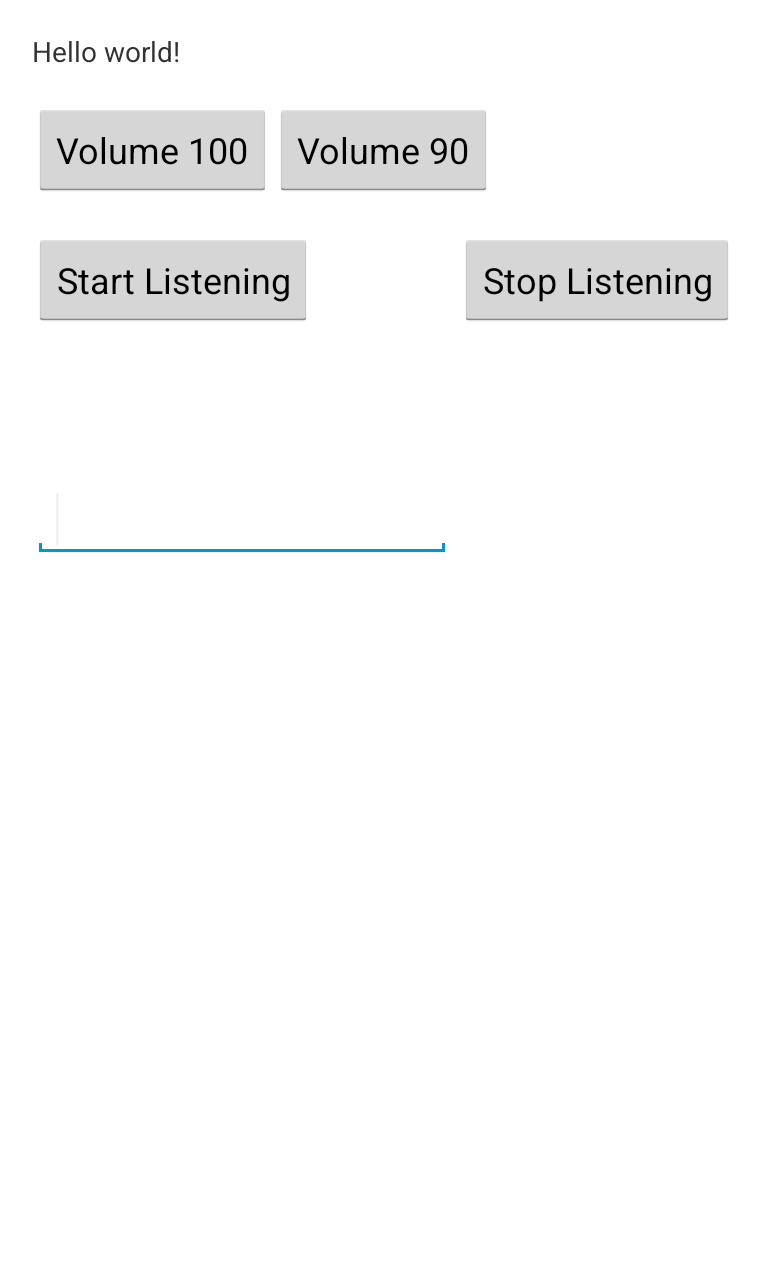
Repository: kmcgain/AutoVolume
Layout: AutoVolume/res/layout/activity_main.xml
An editor plug-in stored every save of this project. The layout is shown before and after the next save, followed by the edit.
It is drawn on a 768 x 1280 px phone screen (xhdpi) without system bars, with theme AppTheme; the app's code is not run.

Above is the layout before, as saved 2014-01-12 12:15:18.

After the next save:
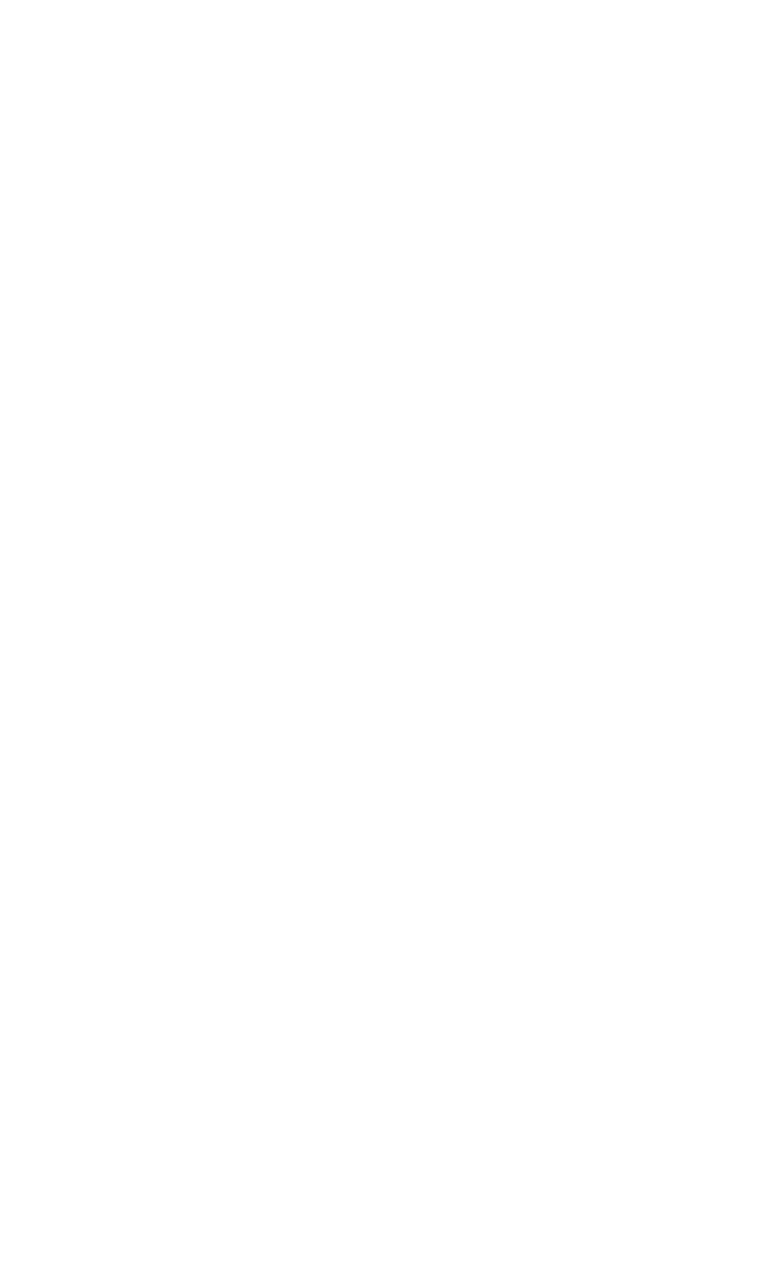
Saved 35 s later.
--- a/AutoVolume/res/layout/activity_main.xml
+++ b/AutoVolume/res/layout/activity_main.xml
@@ -8,69 +8,69 @@
     android:paddingTop="@dimen/activity_vertical_margin"
     tools:context=".MainActivity" >
 
-    <TextView
-        android:id="@+id/textView1"
-        android:layout_width="wrap_content"
-        android:layout_height="wrap_content"
-        android:text="@string/hello_world" />
+    <RelativeLayout>
+	    <TextView
+	        android:id="@+id/textView1"
+	        android:layout_width="wrap_content"
+	        android:layout_height="wrap_content"
+	        android:text="@string/hello_world" />
 
-    <Button
-        android:id="@+id/button1"
-        android:layout_width="wrap_content"
-        android:layout_height="wrap_content"
-        android:layout_alignLeft="@+id/textView1"
-        android:layout_below="@+id/textView1"
-        android:layout_marginTop="16dp"
-        android:text="Volume 100"
-        android:onClick="volume100_Click"/>
+	    <Button
+	        android:id="@+id/button1"
+	        android:layout_width="wrap_content"
+	        android:layout_height="wrap_content"
+	        android:layout_alignLeft="@+id/textView1"
+	        android:layout_below="@+id/textView1"
+	        android:layout_marginTop="16dp"
+	        android:text="Volume 100"
+	        android:onClick="volume100_Click"/>
 
-    <Button
-        android:id="@+id/button2"
-        android:layout_width="wrap_content"
-        android:layout_height="wrap_content"
-        android:layout_alignBaseline="@+id/button1"
-        android:layout_alignBottom="@+id/button1"
-        android:layout_toRightOf="@+id/button1"
-        android:text="Volume 90"
-        android:onClick="volume90_Click" />
+	    <Button
+	        android:id="@+id/button2"
+	        android:layout_width="wrap_content"
+	        android:layout_height="wrap_content"
+	        android:layout_alignBaseline="@+id/button1"
+	        android:layout_alignBottom="@+id/button1"
+	        android:layout_toRightOf="@+id/button1"
+	        android:text="Volume 90"
+	        android:onClick="volume90_Click" />
 
-    <Button
-        android:id="@+id/button3"
-        android:layout_width="wrap_content"
-        android:layout_height="wrap_content"
-        android:layout_alignLeft="@+id/button1"
-        android:layout_below="@+id/button1"
-        android:layout_marginTop="17dp"
-        android:text="Start Listening"
-        android:onClick="startListening_Click"/>
+	    <Button
+	        android:id="@+id/button3"
+	        android:layout_width="wrap_content"
+	        android:layout_height="wrap_content"
+	        android:layout_alignLeft="@+id/button1"
+	        android:layout_below="@+id/button1"
+	        android:layout_marginTop="17dp"
+	        android:text="Start Listening"
+	        android:onClick="startListening_Click"/>
 
-    <Button
-        android:id="@+id/button4"
-        android:layout_width="wrap_content"
-        android:layout_height="wrap_content"
-        android:layout_alignBaseline="@+id/button3"
-        android:layout_alignBottom="@+id/button3"
-        android:layout_alignParentRight="true"
-        android:onClick="stopListening_Click"
-        android:text="Stop Listening" />
+	    <Button
+	        android:id="@+id/button4"
+	        android:layout_width="wrap_content"
+	        android:layout_height="wrap_content"
+	        android:layout_alignBaseline="@+id/button3"
+	        android:layout_alignBottom="@+id/button3"
+	        android:layout_alignParentRight="true"
+	        android:onClick="stopListening_Click"
+	        android:text="Stop Listening" />
 
-    <EditText
-        android:id="@+id/ampDisplay"
-        android:layout_width="wrap_content"
-        android:layout_height="wrap_content"
-        android:layout_alignLeft="@+id/button3"
-        android:layout_below="@+id/button3"
-        android:layout_marginTop="76dp"
-        android:ems="10" >
+	    <EditText
+	        android:id="@+id/ampDisplay"
+	        android:layout_width="wrap_content"
+	        android:layout_height="wrap_content"
+	        android:layout_alignLeft="@+id/button3"
+	        android:layout_below="@+id/button3"
+	        android:layout_marginTop="76dp"
+	        android:ems="10" >
 
-        <requestFocus />
-    </EditText>
-
-
-</RelativeLayout>
+	        <requestFocus />
+	    </EditText>
+	</RelativeLayout>
 
 
     <LinearLayout android:orientation="vertical"
    android:layout_width="fill_parent"
    android:layout_height="250dip"
    android:id="@+id/graph1" />
+</RelativeLayout>

After the save that followed:
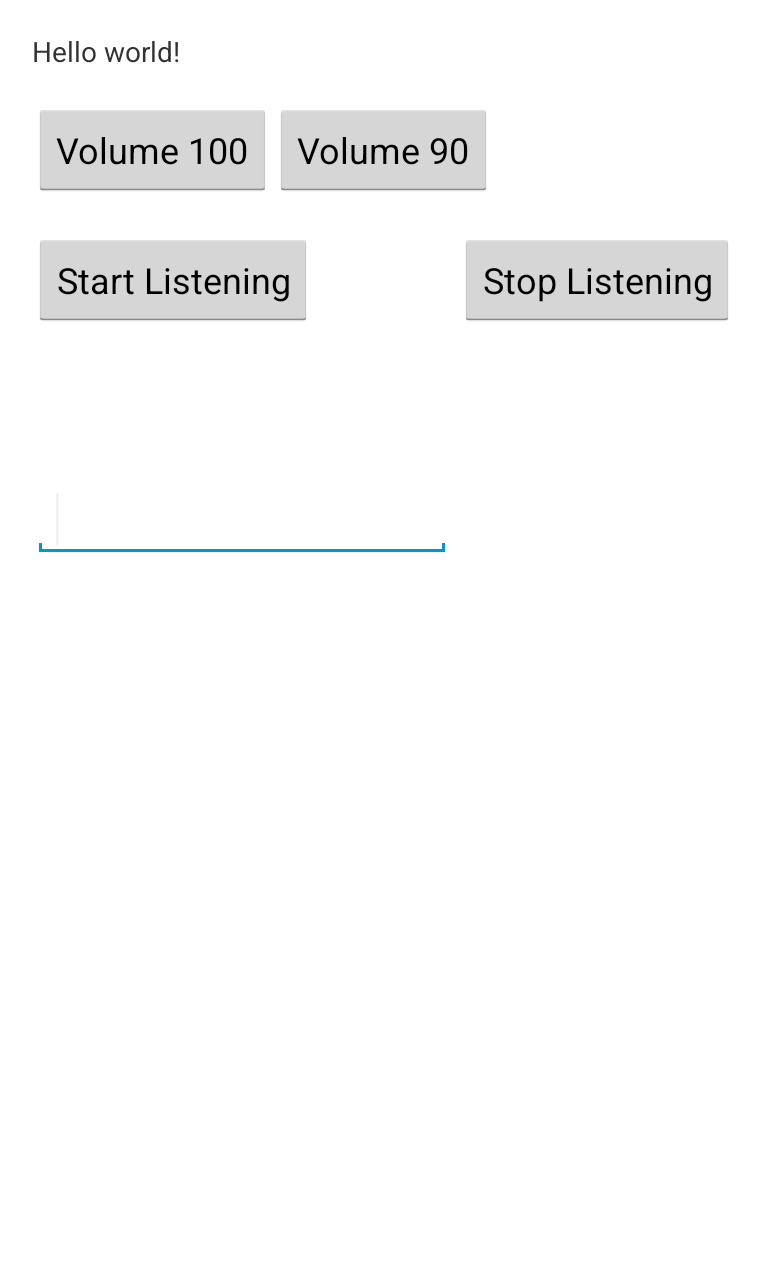
Saved 102 s later.
--- a/AutoVolume/res/layout/activity_main.xml
+++ b/AutoVolume/res/layout/activity_main.xml
@@ -8,7 +8,6 @@
     android:paddingTop="@dimen/activity_vertical_margin"
     tools:context=".MainActivity" >
 
-    <RelativeLayout>
 	    <TextView
 	        android:id="@+id/textView1"
 	        android:layout_width="wrap_content"
@@ -66,11 +65,11 @@
 
 	        <requestFocus />
 	    </EditText>
-	</RelativeLayout>
 
 
     <LinearLayout android:orientation="vertical"
    android:layout_width="fill_parent"
    android:layout_height="250dip"
-   android:id="@+id/graph1" />
+   android:id="@+id/graph1"
+   android:layout_margintop="90dp"/>
 </RelativeLayout>
